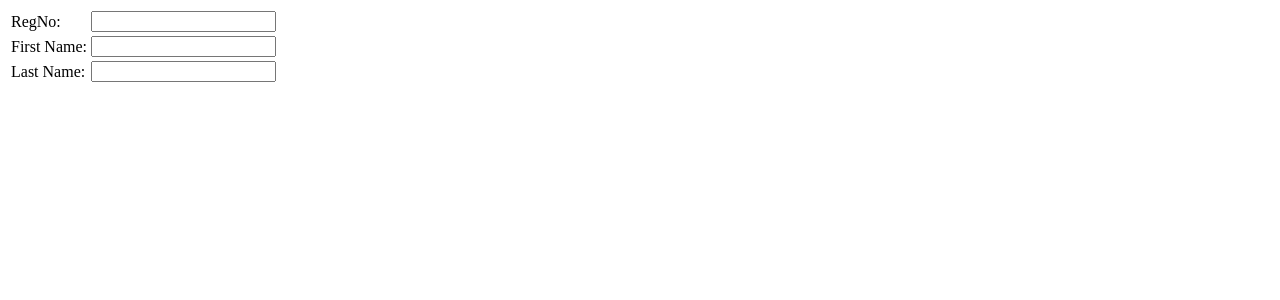
Repository: ThejashreeMS/JDBC
Page: MyLastCapApp/WebContent/Form.html
An editor plug-in stored every save of this project. The page is shown before and after the next save, followed by the edit.
The browser window is 1280 px wide. The pictures show the whole page.

Above is the page before, as saved 2018-03-13 16:00:29.

After the next save:
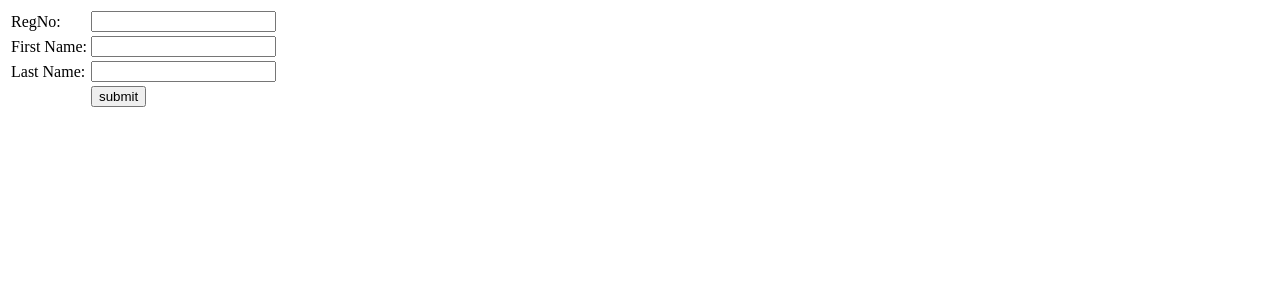
Saved 11 min 36 s later.
--- a/MyLastCapApp/WebContent/Form.html
+++ b/MyLastCapApp/WebContent/Form.html
@@ -10,6 +10,7 @@
 <tr><td>RegNo:</td><td><input type="text" name="regno" required></td></tr>
 <tr><td>First Name:</td><td><input type="text" name="fname" required></td></tr>
 <tr><td>Last Name:</td><td><input type="text" name="lname" required></td></tr>
+<tr><td></td><td><input type="Submit" name="submit" value="submit"></td></tr>
 
 </table>
 </form>
